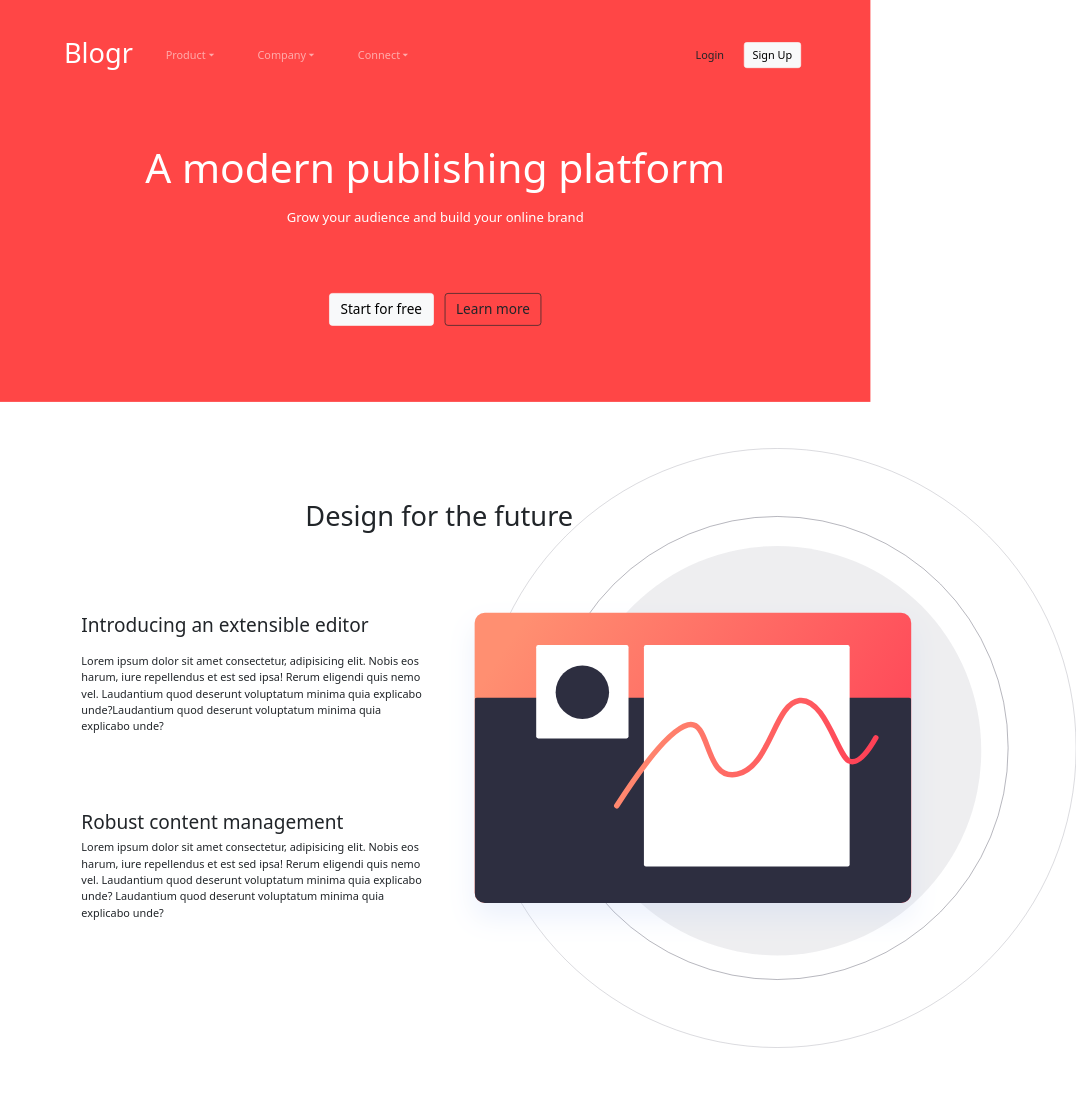
Repository: badhon252/blogr-landing-page
Page: /
The author's editor kept a copy of each file at every save. The page is drawn from the files as they stood at one save, then again after the next save.
The browser window is 1280 px wide. The page is 1583 px wide, so the pictures cover 1583 px, including what lies to the right of the window. The pictures show the whole page, at 68% of full size.
The project was rebuilt for these pictures with package versions that can differ from the ones it lists, and the page was loaded fresh each time.

Above is the page before, as saved 2022-01-18 19:04:19.

After the next save:
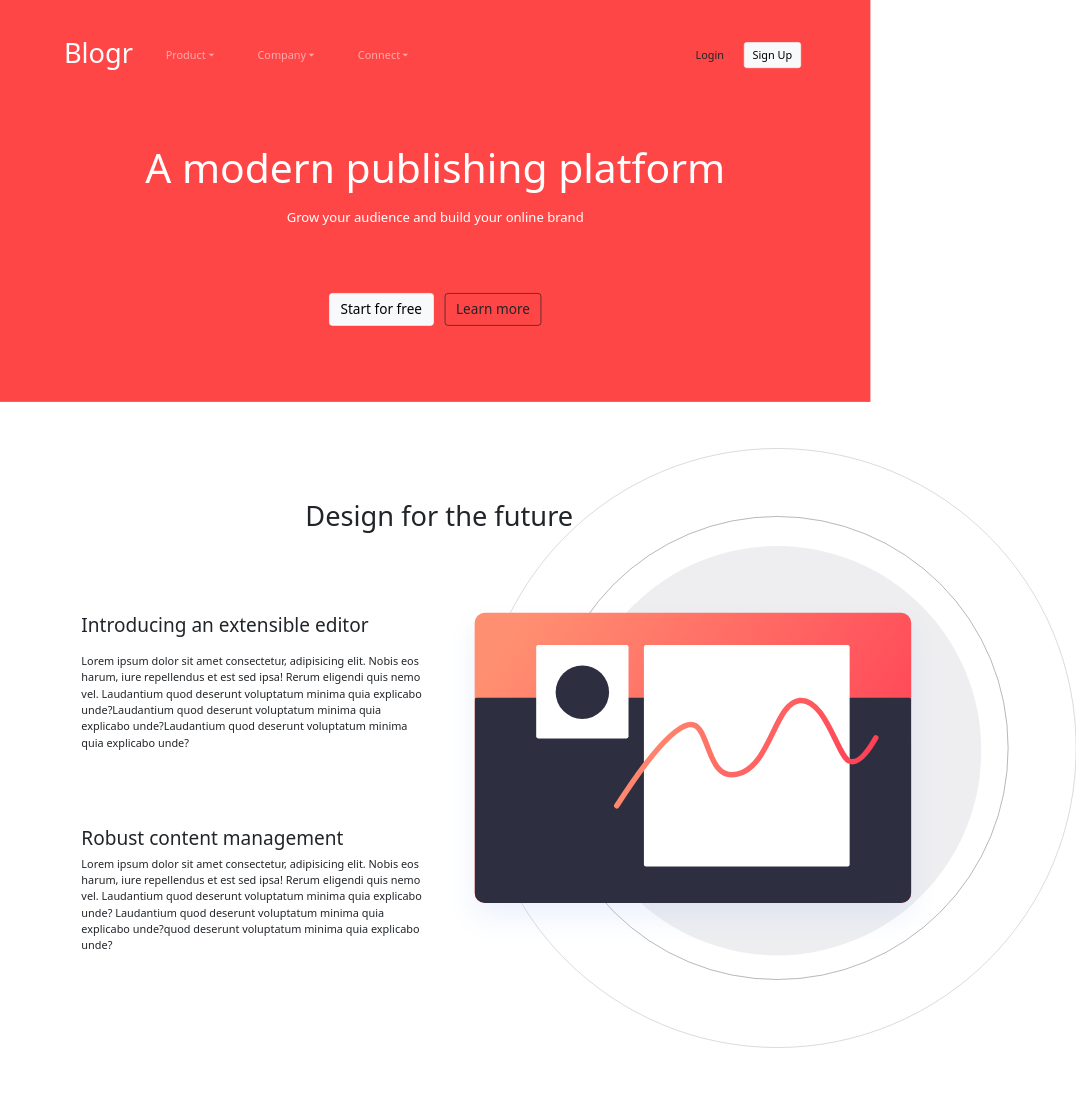
Saved 2 min 18 s later.
--- a/src/components/Intro/Intro.js
+++ b/src/components/Intro/Intro.js
@@ -16,6 +16,7 @@ export default function Intro() {
               eos harum, iure repellendus et est sed ipsa! Rerum eligendi quis
               nemo vel. Laudantium quod deserunt voluptatum minima quia
               explicabo unde?Laudantium quod deserunt voluptatum minima quia
+              explicabo unde?Laudantium quod deserunt voluptatum minima quia
               explicabo unde?
             </p>
           </div>
@@ -26,7 +27,8 @@ export default function Intro() {
               eos harum, iure repellendus et est sed ipsa! Rerum eligendi quis
               nemo vel. Laudantium quod deserunt voluptatum minima quia
               explicabo unde? Laudantium quod deserunt voluptatum minima quia
-              explicabo unde?
+              explicabo unde?quod deserunt voluptatum minima quia explicabo
+              unde?
             </p>
           </div>
         </div>
